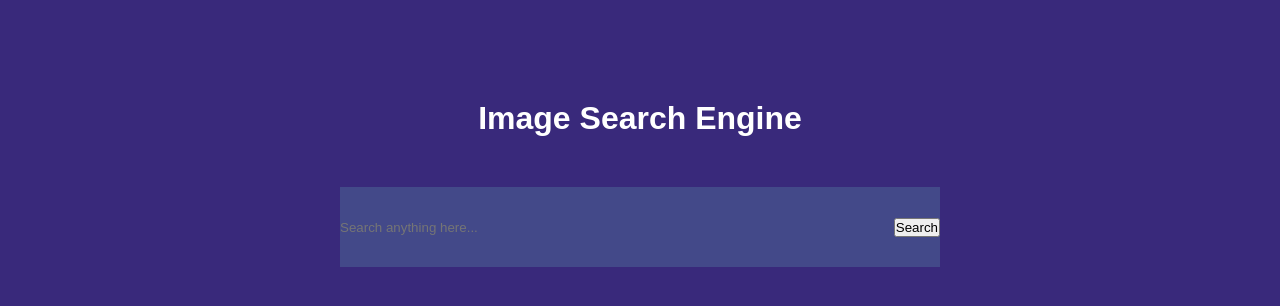
Repository: AbdullahOwais-Dev/Image-Search-App
Page: index.html
The author's editor kept a copy of each file at every save. The page is drawn from the files as they stood at one save, then again after a run of saves.
The browser window is 1280 px wide. The pictures show the whole page.

Above is the page before, as saved 2025-02-09 00:15:32.

After the next 3 saves:
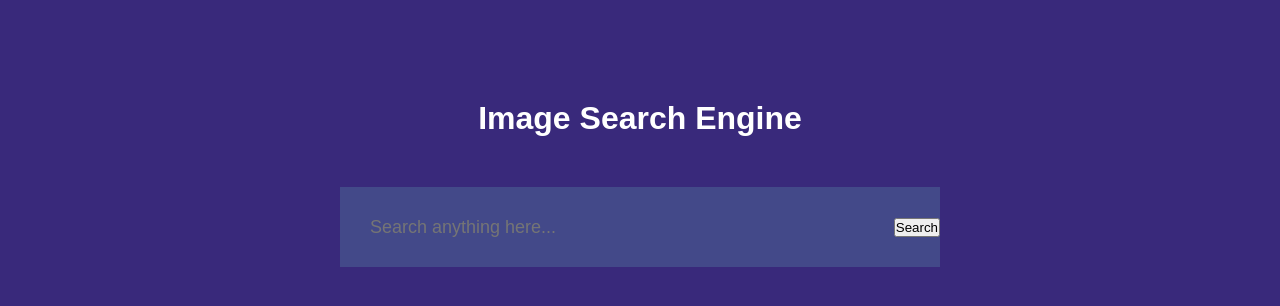
The 3 saves are shown as one change because they came seconds apart.
The last was saved 9 s later.
--- a/style.css
+++ b/style.css
@@ -29,5 +29,6 @@
     outline: 0;
     background: transparent;
     color: #fff;
-    fos
+    font-size: 18px;
+    padding: 0 30px;
 }
